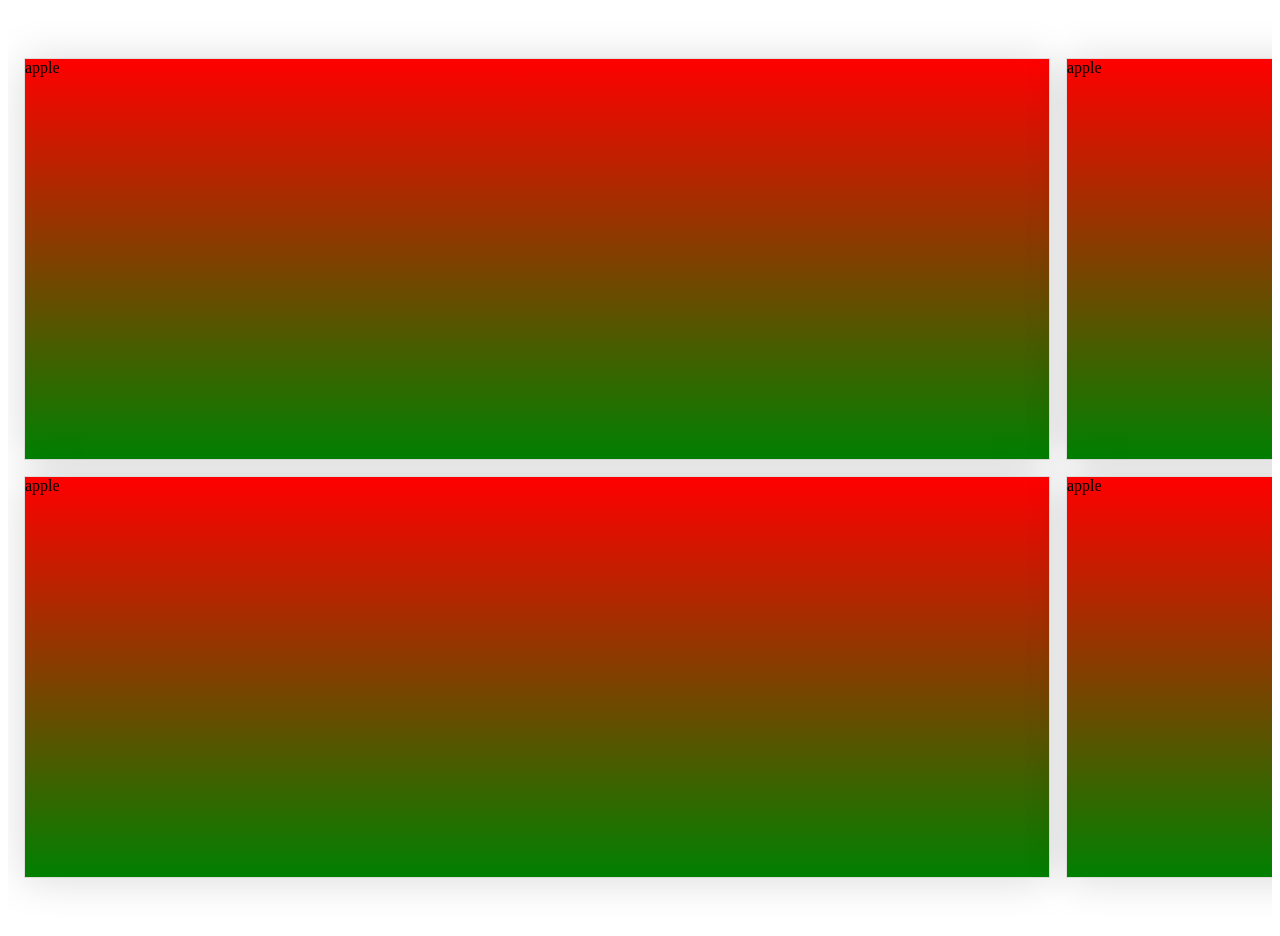
Repository: lzh15378738622/scroll-snap
Page: index.html
These files come from the project's save history. The page is drawn as it stood at one moment and after the next save; the edit follows.
The browser window is 1280 px wide. The pictures show the whole page.

Above is the page before, as saved 2022-02-26 12:11:49.

After the next save:
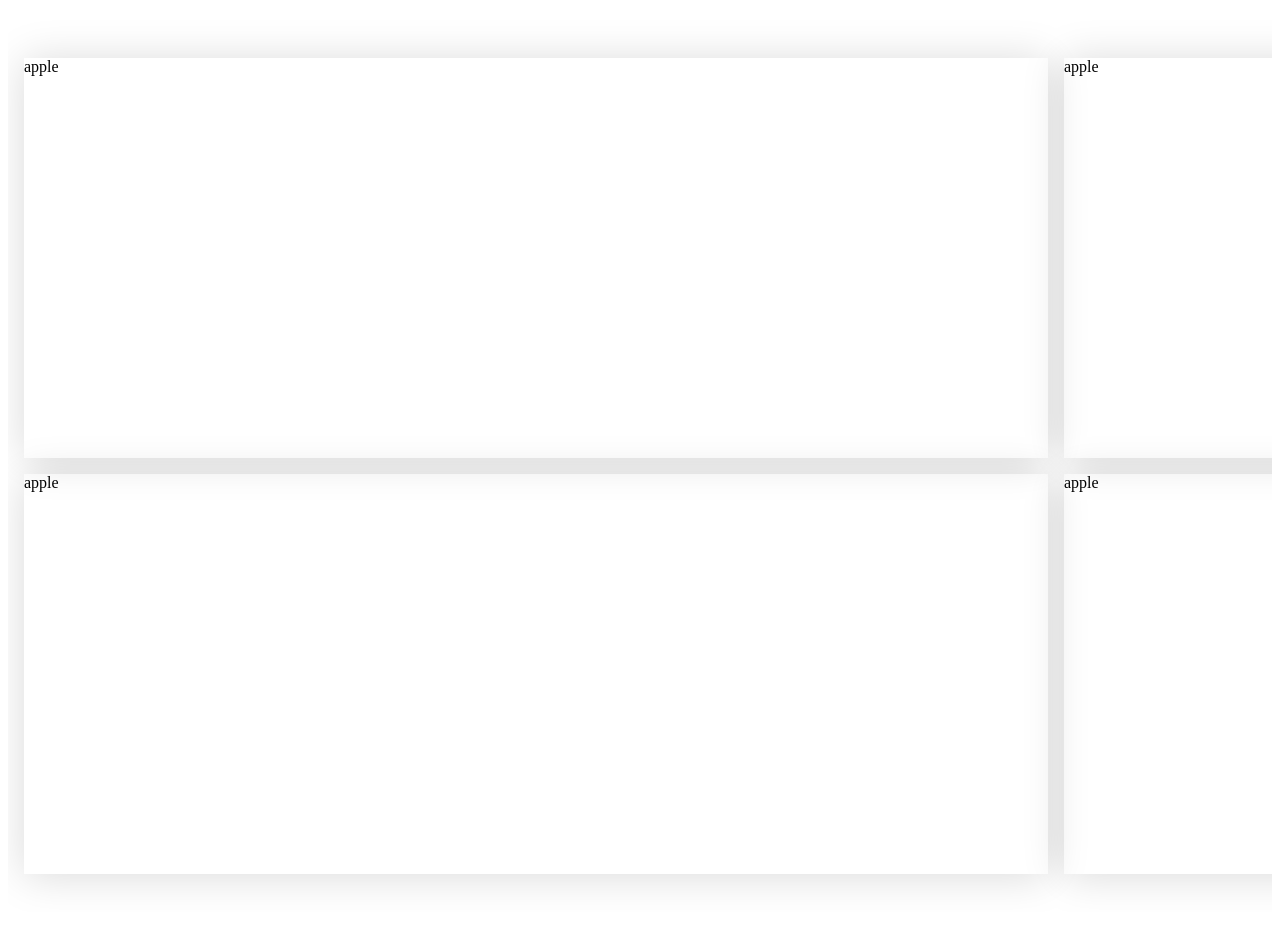
Saved 11 s later.
--- a/index.html
+++ b/index.html
@@ -24,8 +24,7 @@
       div {
         width: 80vw;
         height: 400px;
-        border: 1px solid #ddd;
-        background: linear-gradient(red, green);
+        /* background: linear-gradient(red, green); */
         box-shadow: 0 2px 40px rgba(0, 0, 0, 0.15);
       }
     </style>
